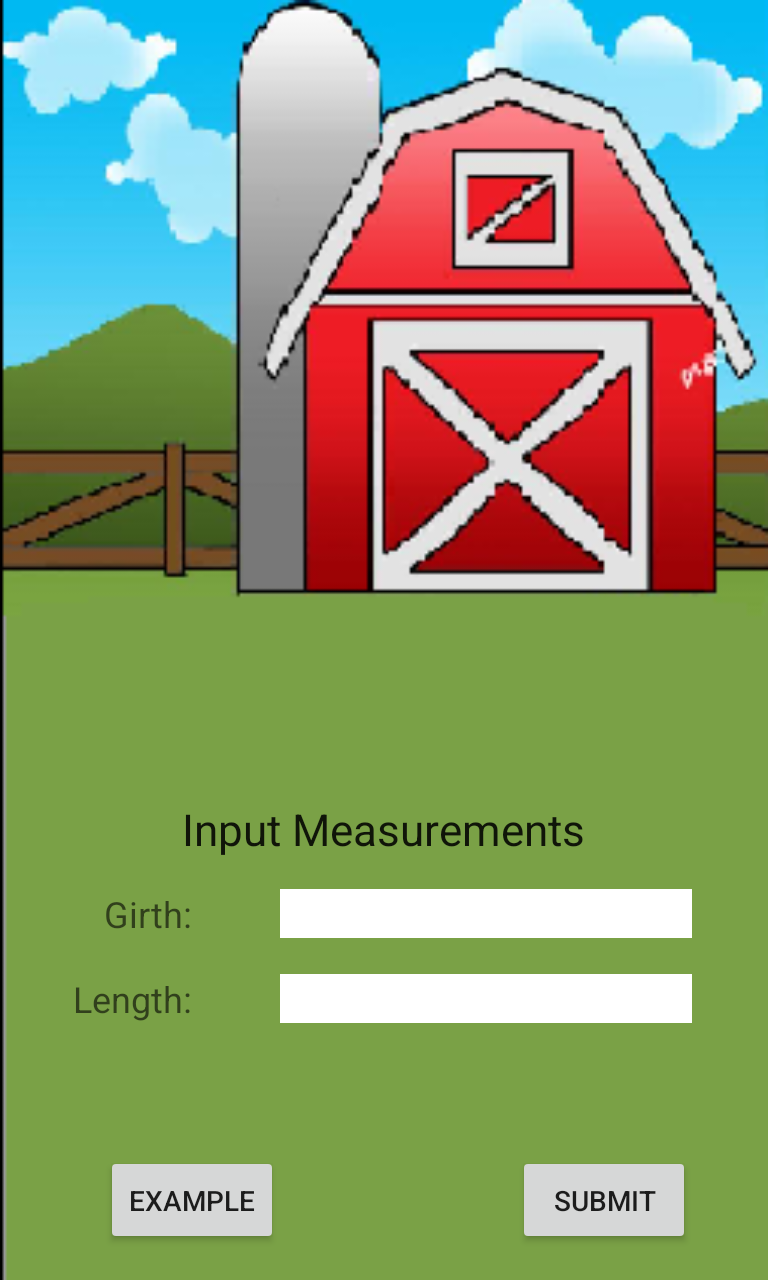
Repository: jdmielke/AnimalApp
Layout: AWEA/res/layout/measurements.xml
These files come from the project's save history. The layout is drawn as it stood at one moment and after the next save; the edit follows.
It is drawn on a 768 x 1280 px phone screen (xhdpi) without system bars, with theme AppTheme; the app's code is not run.

Above is the layout before, as saved 2014-10-16 03:28:53.

### AWEA/res/layout/measurements.xml
<?xml version="1.0" encoding="utf-8"?>
<RelativeLayout xmlns:android="http://schemas.android.com/apk/res/android"
    xmlns:tools="http://schemas.android.com/tools"
    android:layout_width="match_parent"
    android:layout_height="match_parent"
    android:background="@drawable/app_background"
    android:paddingBottom="@dimen/activity_vertical_margin"
    android:paddingLeft="@dimen/activity_horizontal_margin"
    android:paddingRight="@dimen/activity_horizontal_margin"
    android:paddingTop="@dimen/activity_vertical_margin"
    tools:context=".MeasurementActivity" >

    <TextView
        android:id="@+id/textView1"
        android:layout_width="wrap_content"
        android:layout_height="wrap_content"
        android:layout_alignParentBottom="true"
        android:layout_centerHorizontal="true"
        android:layout_marginBottom="195dp"
        android:text="Input Measurements"
        android:textAppearance="?android:attr/textAppearanceLarge" />

    <TextView
        android:id="@+id/textView2"
        android:layout_width="wrap_content"
        android:layout_height="wrap_content"
        android:layout_alignParentLeft="true"
        android:layout_alignTop="@+id/textView1"
        android:layout_marginLeft="36dp"
        android:layout_marginTop="45dp"
        android:text="Girth:"
        android:textAppearance="?android:attr/textAppearanceMedium" />

    <TextView
        android:id="@+id/textView3"
        android:layout_width="wrap_content"
        android:layout_height="wrap_content"
        android:layout_alignRight="@+id/textView2"
        android:layout_below="@+id/textView2"
        android:layout_marginTop="18dp"
        android:text="Length:"
        android:textAppearance="?android:attr/textAppearanceMedium" />

    <Button
        android:id="@+id/button1"
        android:layout_width="wrap_content"
        android:layout_height="wrap_content"
        android:layout_alignParentBottom="true"
        android:layout_alignParentRight="true"
        android:layout_marginRight="22dp"
        android:text="Submit" />

    <Button
        android:id="@+id/button2"
        android:layout_width="wrap_content"
        android:layout_height="wrap_content"
        android:layout_alignBaseline="@+id/button1"
        android:layout_alignBottom="@+id/button1"
        android:layout_alignParentLeft="true"
        android:layout_marginLeft="36dp"
        android:text="Example" />

    <EditText
        android:id="@+id/editText2"
        android:layout_width="wrap_content"
        android:layout_height="wrap_content"
        android:layout_alignRight="@+id/editText1"
        android:layout_alignTop="@+id/textView3"
        android:layout_toRightOf="@+id/button2"
        android:background="#ffffff"
        android:digits="1234567890"
        android:ems="10"
        android:inputType="number|phone"
        android:singleLine="true" />

    <EditText
        android:id="@+id/editText1"
        android:layout_width="wrap_content"
        android:layout_height="wrap_content"
        android:layout_alignRight="@+id/button1"
        android:layout_alignTop="@+id/textView2"
        android:layout_toRightOf="@+id/button2"
        android:background="#ffffff"
        android:digits="1234567890"
        android:ems="10"
        android:inputType="number|phone"
        android:singleLine="true" />

</RelativeLayout>

Loaded but not shown: AWEA/res/values/styles.xml (common file); AWEA/res/values-v11/styles.xml (common file); AWEA/res/values-v14/styles.xml (common file); AWEA/res/values/dimens.xml (common file); AWEA/res/values-w820dp/dimens.xml (common file)

After the next save:
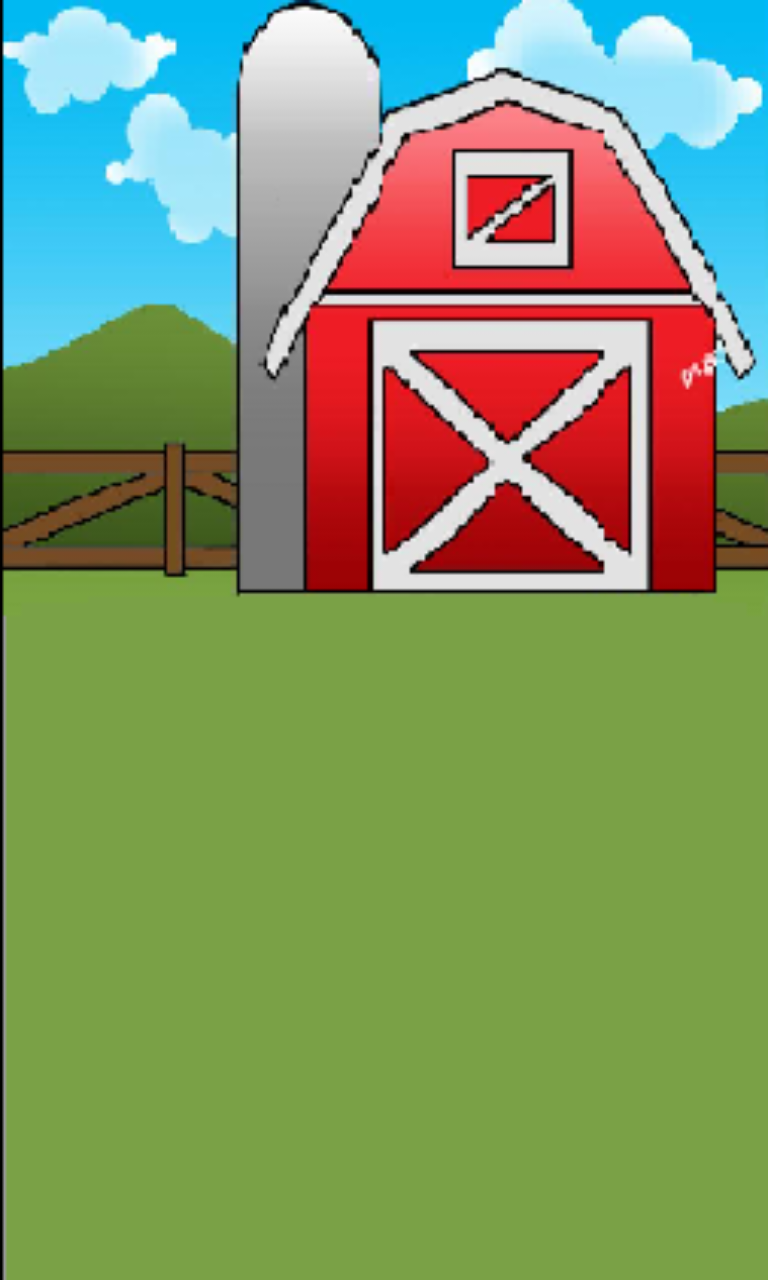
Saved 6 min 3 s later.
--- a/AWEA/res/layout/measurements.xml
+++ b/AWEA/res/layout/measurements.xml
@@ -10,80 +10,4 @@
     android:paddingTop="@dimen/activity_vertical_margin"
     tools:context=".MeasurementActivity" >
 
-    <TextView
-        android:id="@+id/textView1"
-        android:layout_width="wrap_content"
-        android:layout_height="wrap_content"
-        android:layout_alignParentBottom="true"
-        android:layout_centerHorizontal="true"
-        android:layout_marginBottom="195dp"
-        android:text="Input Measurements"
-        android:textAppearance="?android:attr/textAppearanceLarge" />
-
-    <TextView
-        android:id="@+id/textView2"
-        android:layout_width="wrap_content"
-        android:layout_height="wrap_content"
-        android:layout_alignParentLeft="true"
-        android:layout_alignTop="@+id/textView1"
-        android:layout_marginLeft="36dp"
-        android:layout_marginTop="45dp"
-        android:text="Girth:"
-        android:textAppearance="?android:attr/textAppearanceMedium" />
-
-    <TextView
-        android:id="@+id/textView3"
-        android:layout_width="wrap_content"
-        android:layout_height="wrap_content"
-        android:layout_alignRight="@+id/textView2"
-        android:layout_below="@+id/textView2"
-        android:layout_marginTop="18dp"
-        android:text="Length:"
-        android:textAppearance="?android:attr/textAppearanceMedium" />
-
-    <Button
-        android:id="@+id/button1"
-        android:layout_width="wrap_content"
-        android:layout_height="wrap_content"
-        android:layout_alignParentBottom="true"
-        android:layout_alignParentRight="true"
-        android:layout_marginRight="22dp"
-        android:text="Submit" />
-
-    <Button
-        android:id="@+id/button2"
-        android:layout_width="wrap_content"
-        android:layout_height="wrap_content"
-        android:layout_alignBaseline="@+id/button1"
-        android:layout_alignBottom="@+id/button1"
-        android:layout_alignParentLeft="true"
-        android:layout_marginLeft="36dp"
-        android:text="Example" />
-
-    <EditText
-        android:id="@+id/editText2"
-        android:layout_width="wrap_content"
-        android:layout_height="wrap_content"
-        android:layout_alignRight="@+id/editText1"
-        android:layout_alignTop="@+id/textView3"
-        android:layout_toRightOf="@+id/button2"
-        android:background="#ffffff"
-        android:digits="1234567890"
-        android:ems="10"
-        android:inputType="number|phone"
-        android:singleLine="true" />
-
-    <EditText
-        android:id="@+id/editText1"
-        android:layout_width="wrap_content"
-        android:layout_height="wrap_content"
-        android:layout_alignRight="@+id/button1"
-        android:layout_alignTop="@+id/textView2"
-        android:layout_toRightOf="@+id/button2"
-        android:background="#ffffff"
-        android:digits="1234567890"
-        android:ems="10"
-        android:inputType="number|phone"
-        android:singleLine="true" />
-
 </RelativeLayout>
